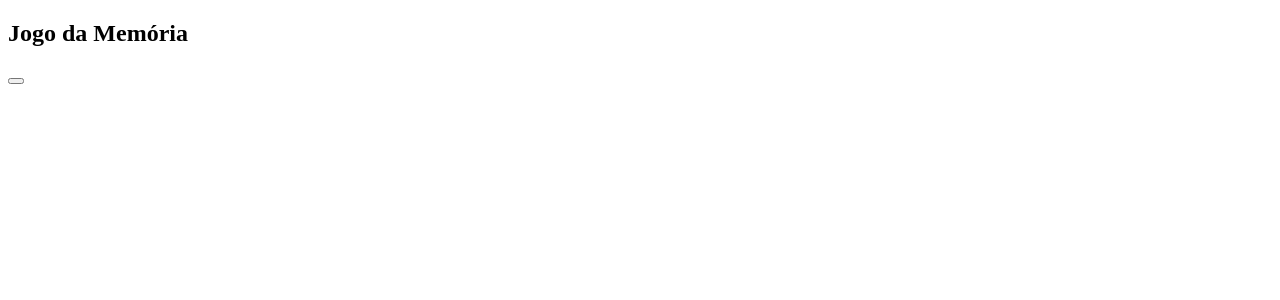
Repository: Zoemateus324/memory-game
Page: index.html
The author's editor kept a copy of each file at every save. The page is drawn from the files as they stood at one save, then again after the next save.
The browser window is 1280 px wide. The pictures show the whole page.

Above is the page before, as saved 2024-11-27 08:07:46.

### index.html
<!DOCTYPE html>
<html lang="pt-br">

<head>
    <meta charset="UTF-8">
    <meta name="viewport" content="width=device-width, initial-scale=1.0">
    <title>Memory Game</title>
    <link rel="stylesheet" href="./src/styles/reset.css">
    <link rel="stylesheet" href="./src/styles/main.css">
</head>

<body>
    <div class="container">
        <h2>Jogo da Memória</h2>
        <div class="game"></div>
        <button></button>
    </div>



    <script src="./src/scripts/engine.js" defer></script>
</body>

</html>

Loaded but not shown: src/styles/reset.css (no stored copy; drawn as an empty file); src/styles/main.css (no stored copy; drawn as an empty file); src/scripts/engine.js (no stored copy; drawn as an empty file)

After the next save:
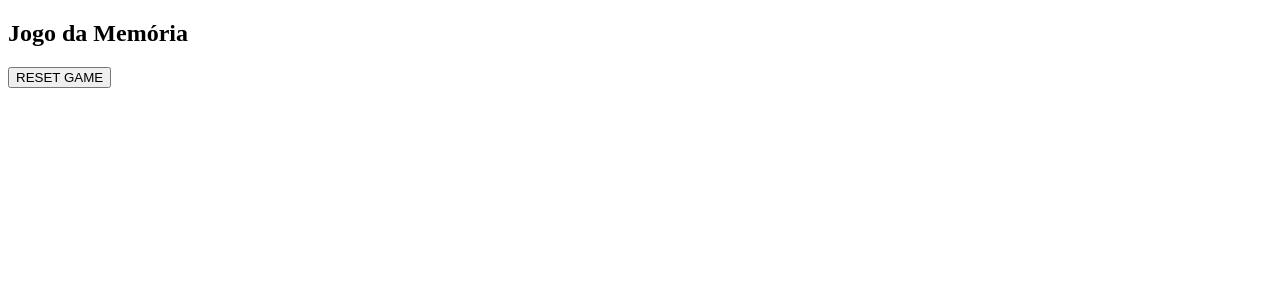
Saved 20 s later.
--- a/index.html
+++ b/index.html
@@ -12,8 +12,10 @@
 <body>
     <div class="container">
         <h2>Jogo da Memória</h2>
-        <div class="game"></div>
-        <button></button>
+        <div class="game">
+
+        </div>
+        <button class="reset">RESET GAME</button>
     </div>
 
 
